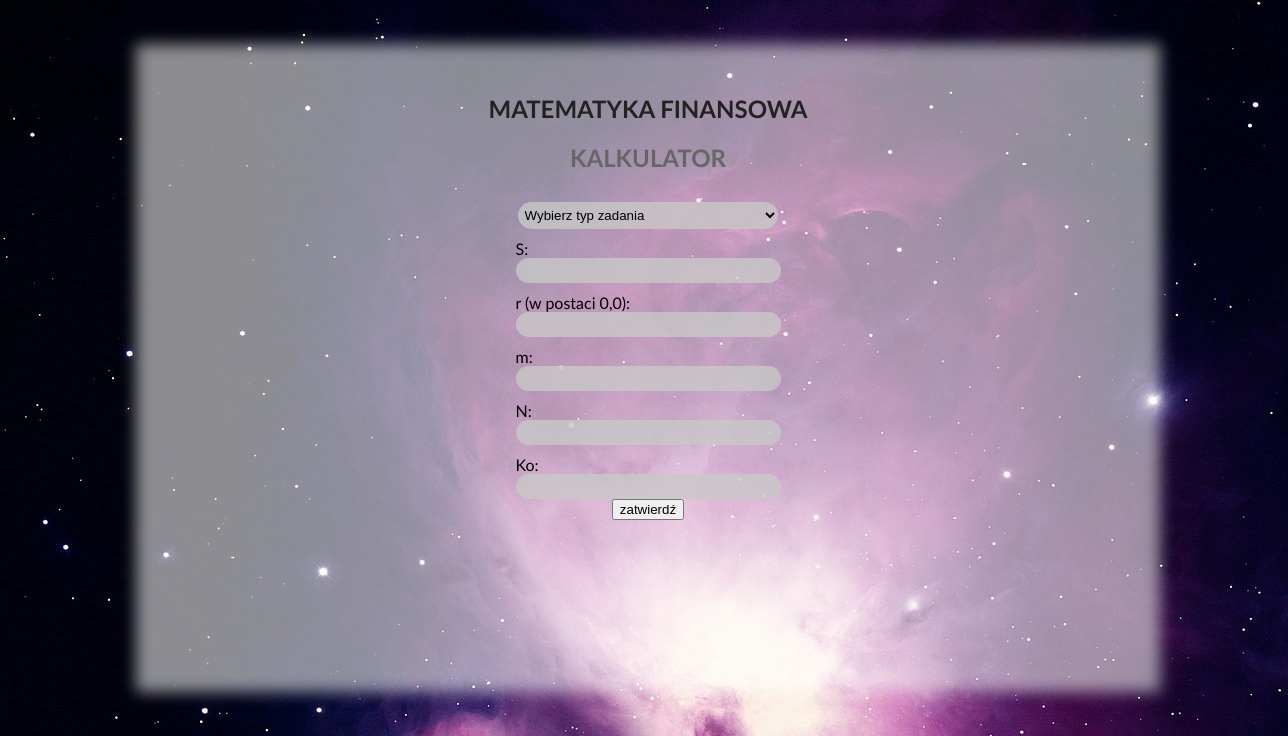
Repository: ravkita/MFCalc
Page: index.html
These files come from the project's save history. The page is drawn as it stood at one moment and after the next save; the edit follows.
The browser window is 1280 px wide. The page is 1288 px wide, so the pictures cover 1288 px, including what lies to the right of the window. The pictures show the whole page.

Above is the page before, as saved 2021-04-12 19:45:08.

After the next save:
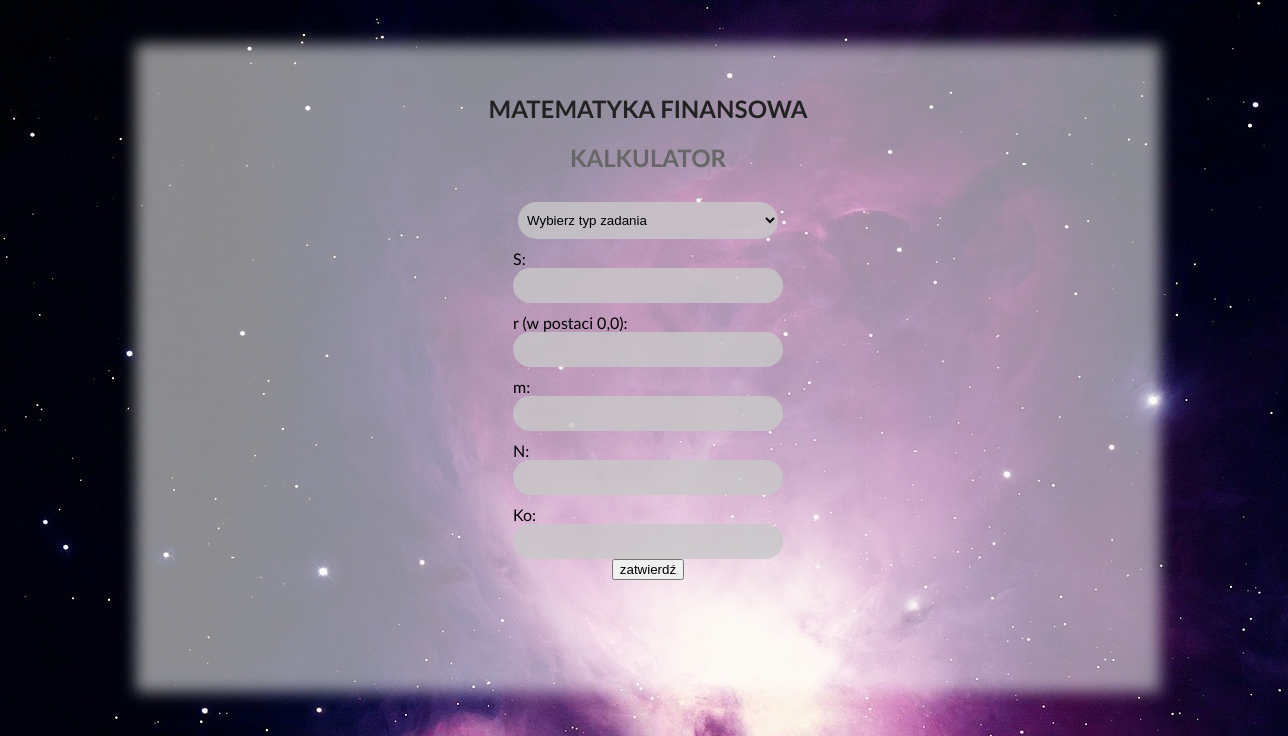
Saved 13 s later.
--- a/index.html
+++ b/index.html
@@ -68,7 +68,7 @@
             border: 0;
             background: rgba(201, 201, 201, 0.8);
             border-radius: 20px;
-            padding: 5px 2.5px;
+            padding: 10px 5px;
         }
     </style>
 </head>
